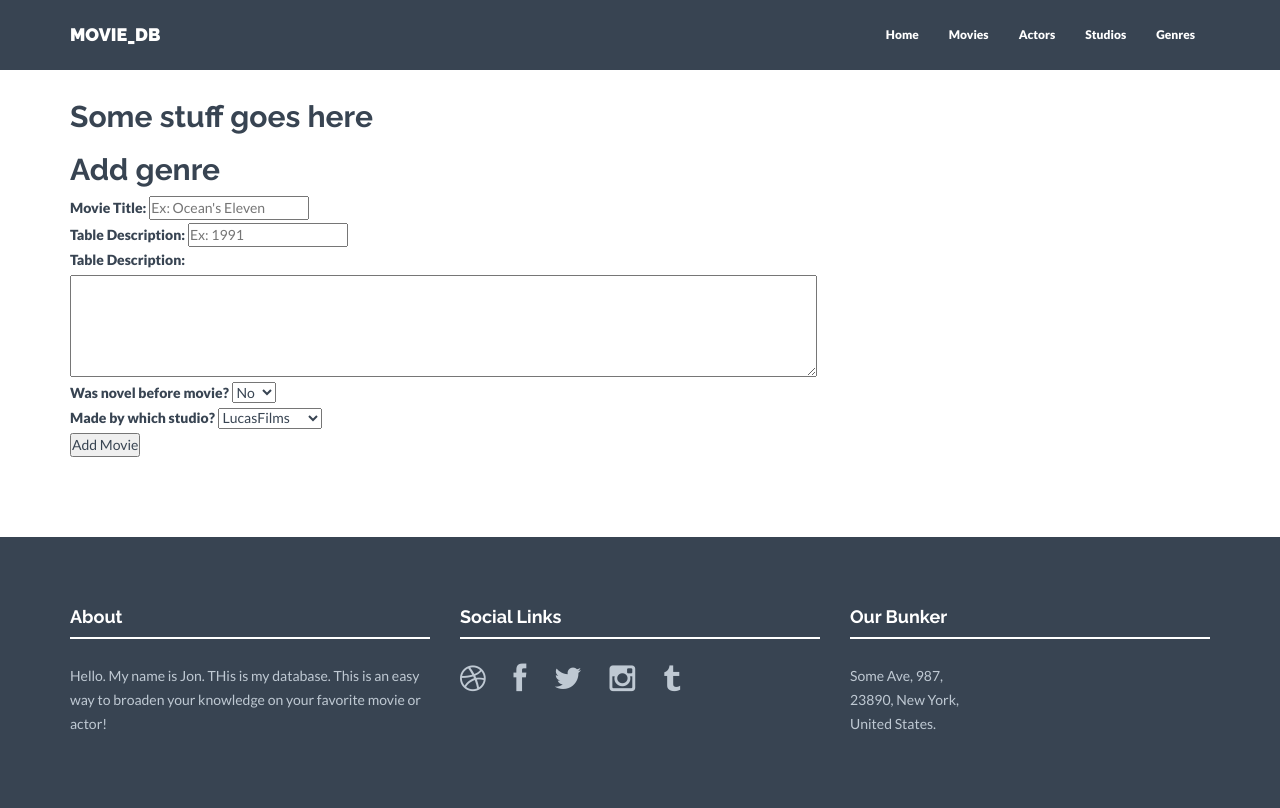
Repository: jonak91/Buzzerd-index
Page: http://localhost/add_genre.php
The author's editor kept a record of every edit. The page is drawn from the files as they stood at one moment, then again after the next edit.
The browser window is 1280 px wide. The pictures show the whole page.
Some web libraries are served in a nearby version. The page is run by PHP 8.4 with error messages shown; the project is at /var/www/html/. The database holds what the project's SQL file puts in it.

Above is the page before.
Not found: assets/js/modernizr.js

After the next edit:
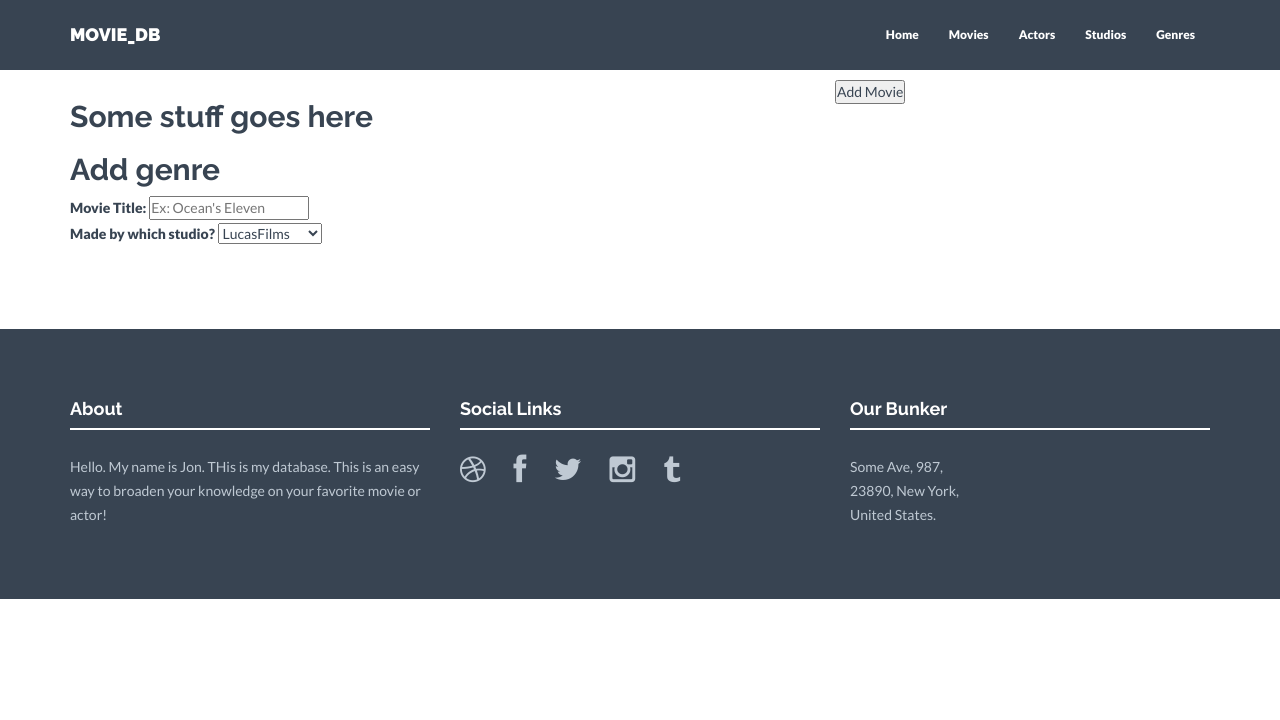
The edit:
--- a/add_genre.php
+++ b/add_genre.php
@@ -18,20 +18,7 @@
 								<div>
 									<label for="title">Movie Title:</label> <input type="text" name="title" placeholder="Ex: Ocean's Eleven" />
 								</div>
-								<div>
-									<label for="year_released">Table Description:</label> <input type="text" name="year_released" placeholder="Ex: 1991" />
-								</div>
-								<div>
-									<label for="synopsis">Table Description:</label> <textarea name="synopsis" rows="5" cols="100"></textarea>
-								</div>
-								<div>
-								<label for="was_novel"> Was novel before movie?</label>
-									<select name="was_novel">
-										<option value="0">No</option>
-										<option value="1">Yes</option>
-									</select>
-							</div>
-							<div>
+
 							<label for="studioID"> Made by which studio?</label>
 									<select name="studioID">
 										<?php
